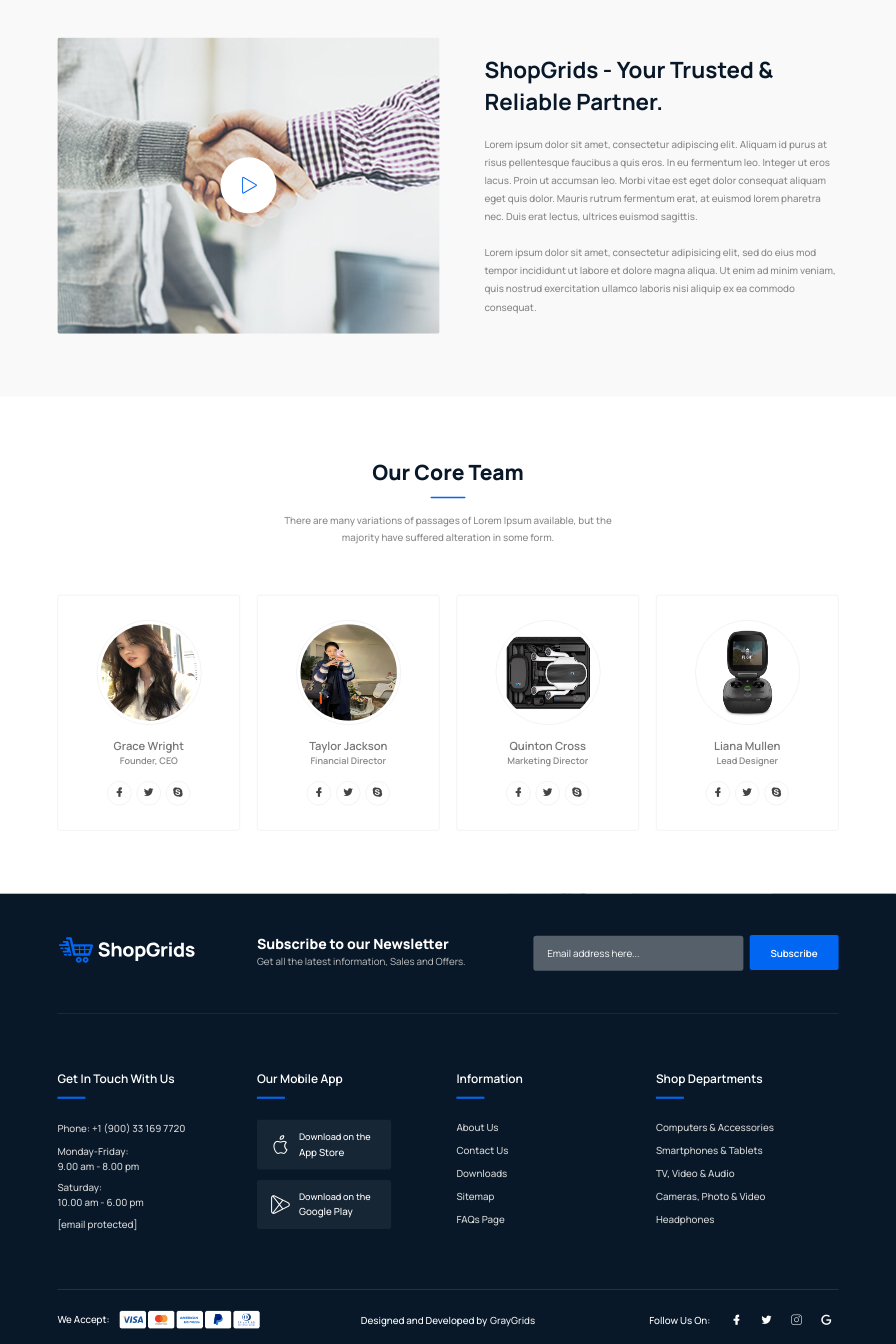
Repository: vothaihoa1998/Login-UI
Page: Desktop/learn js/ShopGrids-free-lite/about-us.html
The author's editor kept a copy of each file at every save. The page is drawn from the files as they stood at one save, then again after the next save.
The browser window is 1280 px wide. The pictures show the part of the page from y = 454 to 2374 px (the page is 2382 px tall), at 70% of full size.
A picture or video elsewhere on the page could not be fetched, so the positions and the page height are approximate.

Above is the page before, as saved 2021-07-04 19:37:28.

### Desktop/learn js/ShopGrids-free-lite/about-us.html
<!DOCTYPE html>
<html class="no-js" lang="zxx">
<head>
<meta charset="utf-8" />
<meta http-equiv="x-ua-compatible" content="ie=edge" />
<title>About Us - ShopGrids Bootstrap 5 eCommerce HTML Template.</title>
<meta name="description" content="" />
<meta name="viewport" content="width=device-width, initial-scale=1" />
<link rel="shortcut icon" type="image/x-icon" href="assets/images/favicon.svg" />

<link rel="stylesheet" href="assets/css/bootstrap.min.css" />
<link rel="stylesheet" href="assets/css/LineIcons.3.0.css" />
<link rel="stylesheet" href="assets/css/tiny-slider.css" />
<link rel="stylesheet" href="assets/css/glightbox.min.css" />
<link rel="stylesheet" href="assets/css/main.css" />
</head>
<body>
<!--[if lte IE 9]>
      <p class="browserupgrade">
        You are using an <strong>outdated</strong> browser. Please
        <a href="https://browsehappy.com/">upgrade your browser</a> to improve
        your experience and security.
      </p>
    <![endif]-->

<div class="preloader">
<div class="preloader-inner">
<div class="preloader-icon">
<span></span>
<span></span>
</div>
</div>
</div>


<header class="header navbar-area">

<div class="topbar">
<div class="container">
<div class="row align-items-center">
<div class="col-lg-4 col-md-4 col-12">
<div class="top-left">
<ul class="menu-top-link">
<li>
<div class="select-position">
<select id="select4">
<option value="0" selected>$ USD</option>
<option value="1">€ EURO</option>
<option value="2">$ CAD</option>
<option value="3">₹ INR</option>
<option value="4">¥ CNY</option>
<option value="5">৳ BDT</option>
</select>
</div>
</li>
<li>
<div class="select-position">
<select id="select5">
<option value="0" selected>English</option>
<option value="1">Español</option>
<option value="2">Filipino</option>
<option value="3">Français</option>
<option value="4">العربية</option>
<option value="5">हिन्दी</option>
<option value="6">বাংলা</option>
</select>
</div>
</li>
</ul>
</div>
</div>
<div class="col-lg-4 col-md-4 col-12">
<div class="top-middle">
<ul class="useful-links">
<li><a href="index.html">Home</a></li>
<li><a href="about-us.html">About Us</a></li>
<li><a href="contact.html">Contact Us</a></li>
</ul>
</div>
</div>
<div class="col-lg-4 col-md-4 col-12">
<div class="top-end">
 <div class="user">
<i class="lni lni-user"></i>
Hello
</div>
<ul class="user-login">
<li>
<a href="login.html">Sign In</a>
</li>
<li>
<a href="register.html">Register</a>
</li>
</ul>
</div>
</div>
</div>
</div>
</div>


<div class="header-middle">
<div class="container">
<div class="row align-items-center">
<div class="col-lg-3 col-md-3 col-7">

<a class="navbar-brand" href="index.html">
<img src="assets/images/logo/logo.svg" alt="Logo">
</a>

</div>
<div class="col-lg-5 col-md-7 d-xs-none">

<div class="main-menu-search">

<div class="navbar-search search-style-5">
<div class="search-select">
<div class="select-position">
<select id="select1">
<option selected>All</option>
<option value="1">option 01</option>
<option value="2">option 02</option>
<option value="3">option 03</option>
<option value="4">option 04</option>
<option value="5">option 05</option>
</select>
</div>
</div>
<div class="search-input">
<input type="text" placeholder="Search">
</div>
<div class="search-btn">
<button><i class="lni lni-search-alt"></i></button>
</div>
</div>

</div>

</div>
<div class="col-lg-4 col-md-2 col-5">
<div class="middle-right-area">
<div class="nav-hotline">
<i class="lni lni-phone"></i>
<h3>Hotline:
<span>(+100) 123 456 7890</span>
</h3>
</div>
<div class="navbar-cart">
<div class="wishlist">
<a href="javascript:void(0)">
<i class="lni lni-heart"></i>
<span class="total-items">0</span>
</a>
</div>
<div class="cart-items">
<a href="javascript:void(0)" class="main-btn">
<i class="lni lni-cart"></i>
<span class="total-items">2</span>
</a>

 <div class="shopping-item">
<div class="dropdown-cart-header">
<span>2 Items</span>
<a href="cart.html">View Cart</a>
</div>
<ul class="shopping-list">
<li>
<a href="javascript:void(0)" class="remove" title="Remove this item"><i class="lni lni-close"></i></a>
<div class="cart-img-head">
<a class="cart-img" href="product-details.html"><img src="assets/images/header/cart-items/item1.jpg" alt="#"></a>
</div>
<div class="content">
<h4><a href="product-details.html">
Apple Watch Series 6</a></h4>
<p class="quantity">1x - <span class="amount">$99.00</span></p>
</div>
</li>
<li>
<a href="javascript:void(0)" class="remove" title="Remove this item"><i class="lni lni-close"></i></a>
<div class="cart-img-head">
<a class="cart-img" href="product-details.html"><img src="assets/images/header/cart-items/item2.jpg" alt="#"></a>
</div>
<div class="content">
<h4><a href="product-details.html">Wi-Fi Smart Camera</a></h4>
<p class="quantity">1x - <span class="amount">$35.00</span></p>
</div>
</li>
</ul>
<div class="bottom">
<div class="total">
<span>Total</span>
<span class="total-amount">$134.00</span>
</div>
<div class="button">
<a href="checkout.html" class="btn animate">Checkout</a>
</div>
</div>
</div>

</div>
</div>
</div>
</div>
</div>
</div>
</div>


<div class="container">
<div class="row align-items-center">
<div class="col-lg-8 col-md-6 col-12">
<div class="nav-inner">

<div class="mega-category-menu">
<span class="cat-button"><i class="lni lni-menu"></i>All Categories</span>
<ul class="sub-category">
<li><a href="product-grids.html">Electronics <i class="lni lni-chevron-right"></i></a>
 <ul class="inner-sub-category">
<li><a href="product-grids.html">Digital Cameras</a></li>
<li><a href="product-grids.html">Camcorders</a></li>
<li><a href="product-grids.html">Camera Drones</a></li>
<li><a href="product-grids.html">Smart Watches</a></li>
<li><a href="product-grids.html">Headphones</a></li>
<li><a href="product-grids.html">MP3 Players</a></li>
<li><a href="product-grids.html">Microphones</a></li>
<li><a href="product-grids.html">Chargers</a></li>
<li><a href="product-grids.html">Batteries</a></li>
<li><a href="product-grids.html">Cables & Adapters</a></li>
</ul>
</li>
<li><a href="product-grids.html">accessories</a></li>
<li><a href="product-grids.html">Televisions</a></li>
<li><a href="product-grids.html">best selling</a></li>
<li><a href="product-grids.html">top 100 offer</a></li>
<li><a href="product-grids.html">sunglass</a></li>
<li><a href="product-grids.html">watch</a></li>
<li><a href="product-grids.html">man’s product</a></li>
<li><a href="product-grids.html">Home Audio & Theater</a></li>
<li><a href="product-grids.html">Computers & Tablets </a></li>
<li><a href="product-grids.html">Video Games </a></li>
<li><a href="product-grids.html">Home Appliances </a></li>
</ul>
</div>


<nav class="navbar navbar-expand-lg">
<button class="navbar-toggler mobile-menu-btn" type="button" data-bs-toggle="collapse" data-bs-target="#navbarSupportedContent" aria-controls="navbarSupportedContent" aria-expanded="false" aria-label="Toggle navigation">
<span class="toggler-icon"></span>
<span class="toggler-icon"></span>
<span class="toggler-icon"></span>
</button>
<div class="collapse navbar-collapse sub-menu-bar" id="navbarSupportedContent">
<ul id="nav" class="navbar-nav ms-auto">
<li class="nav-item">
<a href="index.html" aria-label="Toggle navigation">Home</a>
</li>
<li class="nav-item">
<a class="dd-menu active collapsed" href="javascript:void(0)" data-bs-toggle="collapse" data-bs-target="#submenu-1-2" aria-controls="navbarSupportedContent" aria-expanded="false" aria-label="Toggle navigation">Pages</a>
<ul class="sub-menu collapse" id="submenu-1-2">
<li class="nav-item active"><a href="about-us.html">About Us</a></li>
<li class="nav-item"><a href="faq.html">Faq</a></li>
<li class="nav-item"><a href="login.html">Login</a></li>
<li class="nav-item"><a href="register.html">Register</a></li>
<li class="nav-item"><a href="mail-success.html">Mail Success</a></li>
<li class="nav-item"><a href="404.html">404 Error</a></li>
</ul>
</li>
<li class="nav-item">
<a class="dd-menu collapsed" href="javascript:void(0)" data-bs-toggle="collapse" data-bs-target="#submenu-1-3" aria-controls="navbarSupportedContent" aria-expanded="false" aria-label="Toggle navigation">Shop</a>
<ul class="sub-menu collapse" id="submenu-1-3">
<li class="nav-item"><a href="product-grids.html">Shop Grid</a></li>
<li class="nav-item"><a href="product-list.html">Shop List</a></li>
<li class="nav-item"><a href="product-details.html">shop Single</a></li>
<li class="nav-item"><a href="cart.html">Cart</a></li>
<li class="nav-item"><a href="checkout.html">Checkout</a></li>
</ul>
</li>
<li class="nav-item">
<a class="dd-menu collapsed" href="javascript:void(0)" data-bs-toggle="collapse" data-bs-target="#submenu-1-4" aria-controls="navbarSupportedContent" aria-expanded="false" aria-label="Toggle navigation">Blog</a>
<ul class="sub-menu collapse" id="submenu-1-4">
<li class="nav-item"><a href="blog-grid-sidebar.html">Blog Grid Sidebar</a>
</li>
<li class="nav-item"><a href="blog-single.html">Blog Single</a></li>
<li class="nav-item"><a href="blog-single-sidebar.html">Blog Single
Sibebar</a></li>
</ul>
</li>
<li class="nav-item">
<a href="contact.html" aria-label="Toggle navigation">Contact Us</a>
</li>
</ul>
</div>
</nav>

</div>
</div>
<div class="col-lg-4 col-md-6 col-12">

<div class="nav-social">
<h5 class="title">Follow Us:</h5>
<ul>
<li>
<a href="javascript:void(0)"><i class="lni lni-facebook-filled"></i></a>
</li>
<li>
<a href="javascript:void(0)"><i class="lni lni-twitter-original"></i></a>
</li>
<li>
<a href="javascript:void(0)"><i class="lni lni-instagram"></i></a>
</li>
<li>
<a href="javascript:void(0)"><i class="lni lni-skype"></i></a>
</li>
</ul>
</div>

</div>
</div>
</div>

</header>


<div class="breadcrumbs">
<div class="container">
<div class="row align-items-center">
<div class="col-lg-6 col-md-6 col-12">
<div class="breadcrumbs-content">
<h1 class="page-title">About Us</h1>
</div>
</div>
<div class="col-lg-6 col-md-6 col-12">
<ul class="breadcrumb-nav">
<li><a href="index.html"><i class="lni lni-home"></i> Home</a></li>
<li>About Us</li>
</ul>
</div>
</div>
</div>
</div>


<section class="about-us section">
<div class="container">
<div class="row align-items-center">
<div class="col-lg-6 col-md-12 col-12">
<div class="content-left">
<img src="assets/images/about/about-img.jpeg" alt="#">
<a href="https://www.youtube.com/watch?v=r44RKWyfcFw&fbclid=IwAR21beSJORalzmzokxDRcGfkZA1AtRTE__l5N4r09HcGS5Y6vOluyouM9EM" class="glightbox video"><i class="lni lni-play"></i></a>
</div>
</div>
<div class="col-lg-6 col-md-12 col-12">

<div class="content-right">
<h2>ShopGrids - Your Trusted & Reliable Partner.</h2>
<p>Lorem ipsum dolor sit amet, consectetur adipiscing elit. Aliquam id purus at risus
pellentesque faucibus a quis eros. In eu fermentum leo. Integer ut eros lacus. Proin ut
accumsan leo. Morbi vitae est eget dolor consequat aliquam eget quis dolor. Mauris rutrum
fermentum erat, at euismod lorem pharetra nec. Duis erat lectus, ultrices euismod sagittis.
</p>
<p>Lorem ipsum dolor sit amet, consectetur adipisicing elit, sed do eius mod tempor incididunt
ut labore et dolore magna aliqua. Ut enim ad minim veniam, quis nostrud exercitation ullamco
laboris nisi aliquip ex ea commodo consequat.</p>
</div>
</div>
</div>
</div>
</section>


<section class="team section">
<div class="container">
<div class="row">
<div class="col-12">
<div class="section-title">
<h2 class="wow fadeInUp" data-wow-delay=".4s">Our Core Team</h2>
<p class="wow fadeInUp" data-wow-delay=".6s">There are many variations of passages of Lorem
Ipsum available, but the majority have suffered alteration in some form.</p>
</div>
</div>
</div>
<div class="row">
<div class="col-lg-3 col-md-6 col-12">

<div class="single-team">
<div class="image">
<img src="assets/images/team/01.jpeg" alt="#">
</div>
<div class="content">
<div class="info">
<h3>Grace Wright</h3>
<h5>Founder, CEO</h5>
<ul class="social">
<li><a href="javascript:void(0)"><i class="lni lni-facebook-filled"></i></a>
</li>
<li><a href="javascript:void(0)"><i class="lni lni-twitter-original"></i></a>
</li>
<li><a href="javascript:void(0)"><i class="lni lni-skype"></i></a>
 </li>
</ul>
</div>
</div>
</div>

</div>
<div class="col-lg-3 col-md-6 col-12">

<div class="single-team">
<div class="image">
<img src="assets/images/team/02.jpg" alt="#">
</div>
<div class="content">
<div class="info">
<h3>Taylor Jackson</h3>
<h5>Financial Director</h5>
<ul class="social">
<li><a href="javascript:void(0)"><i class="lni lni-facebook-filled"></i></a>
</li>
<li><a href="javascript:void(0)"><i class="lni lni-twitter-original"></i></a>
</li>
<li><a href="javascript:void(0)"><i class="lni lni-skype"></i></a>
</li>
</ul>
</div>
</div>
</div>

</div>
<div class="col-lg-3 col-md-6 col-12">

<div class="single-team">
<div class="image">
<img src="assets/images/team/03.jpg" alt="#">
</div>
<div class="content">
<div class="info">
<h3>Quinton Cross</h3>
<h5>Marketing Director</h5>
<ul class="social">
<li><a href="javascript:void(0)"><i class="lni lni-facebook-filled"></i></a>
</li>
<li><a href="javascript:void(0)"><i class="lni lni-twitter-original"></i></a>
</li>
<li><a href="javascript:void(0)"><i class="lni lni-skype"></i></a>
</li>
</ul>
</div>
</div>
</div>

</div>
<div class="col-lg-3 col-md-6 col-12">

<div class="single-team">
<div class="image">
<img src="assets/images/team/04.jpg" alt="#">
</div>
<div class="content">
<div class="info">
<h3>Liana Mullen</h3>
<h5>Lead Designer</h5>
<ul class="social">
<li><a href="javascript:void(0)"><i class="lni lni-facebook-filled"></i></a>
</li>
<li><a href="javascript:void(0)"><i class="lni lni-twitter-original"></i></a>
</li>
<li><a href="javascript:void(0)"><i class="lni lni-skype"></i></a>
</li>
</ul>
</div>
</div>
</div>

</div>
</div>
</div>
</section>


<footer class="footer">

<div class="footer-top">
<div class="container">
<div class="inner-content">
<div class="row">
<div class="col-lg-3 col-md-4 col-12">
<div class="footer-logo">
<a href="index.html">
<img src="assets/images/logo/white-logo.svg" alt="#">
</a>
</div>
</div>
<div class="col-lg-9 col-md-8 col-12">
<div class="footer-newsletter">
<h4 class="title">
Subscribe to our Newsletter
<span>Get all the latest information, Sales and Offers.</span>
</h4>
<div class="newsletter-form-head">
<form action="#" method="get" target="_blank" class="newsletter-form">
<input name="EMAIL" placeholder="Email address here..." type="email">
<div class="button">
<button class="btn">Subscribe<span class="dir-part"></span></button>
</div>
</form>
</div>
</div>
</div>
</div>
</div>
</div>
</div>


<div class="footer-middle">
<div class="container">
<div class="bottom-inner">
<div class="row">
<div class="col-lg-3 col-md-6 col-12">

<div class="single-footer f-contact">
<h3>Get In Touch With Us</h3>
<p class="phone">Phone: +1 (900) 33 169 7720</p>
<ul>
<li><span>Monday-Friday: </span> 9.00 am - 8.00 pm</li>
<li><span>Saturday: </span> 10.00 am - 6.00 pm</li>
</ul>
<p class="mail">
<a href="/cdn-cgi/l/email-protection#02717772726d707642716a6d7265706b66712c616d6f"><span class="__cf_email__" data-cfemail="11626461617e63655162797e6176637875623f727e7c">[email&#160;protected]</span></a>
</p>
</div>

</div>
<div class="col-lg-3 col-md-6 col-12">

<div class="single-footer our-app">
<h3>Our Mobile App</h3>
<ul class="app-btn">
<li>
<a href="javascript:void(0)">
<i class="lni lni-apple"></i>
<span class="small-title">Download on the</span>
<span class="big-title">App Store</span>
</a>
</li>
<li>
<a href="javascript:void(0)">
<i class="lni lni-play-store"></i>
<span class="small-title">Download on the</span>
<span class="big-title">Google Play</span>
</a>
</li>
</ul>
</div>

</div>
<div class="col-lg-3 col-md-6 col-12">

<div class="single-footer f-link">
<h3>Information</h3>
<ul>
<li><a href="javascript:void(0)">About Us</a></li>
<li><a href="javascript:void(0)">Contact Us</a></li>
<li><a href="javascript:void(0)">Downloads</a></li>
<li><a href="javascript:void(0)">Sitemap</a></li>
<li><a href="javascript:void(0)">FAQs Page</a></li>
</ul>
</div>

</div>
<div class="col-lg-3 col-md-6 col-12">

<div class="single-footer f-link">
<h3>Shop Departments</h3>
<ul>
<li><a href="javascript:void(0)">Computers & Accessories</a></li>
<li><a href="javascript:void(0)">Smartphones & Tablets</a></li>
<li><a href="javascript:void(0)">TV, Video & Audio</a></li>
<li><a href="javascript:void(0)">Cameras, Photo & Video</a></li>
<li><a href="javascript:void(0)">Headphones</a></li>
</ul>
</div>

</div>
</div>
</div>
</div>
</div>


<div class="footer-bottom">
<div class="container">
<div class="inner-content">
<div class="row align-items-center">
<div class="col-lg-4 col-12">
<div class="payment-gateway">
<span>We Accept:</span>
<img src="assets/images/footer/credit-cards-footer.png" alt="#">
</div>
</div>
<div class="col-lg-4 col-12">
<div class="copyright">
<p>Designed and Developed by<a href="https://graygrids.com/" rel="nofollow" target="_blank">GrayGrids</a></p>
</div>
</div>
<div class="col-lg-4 col-12">
<ul class="socila">
<li>
<span>Follow Us On:</span>
</li>
<li><a href="javascript:void(0)"><i class="lni lni-facebook-filled"></i></a></li>
<li><a href="javascript:void(0)"><i class="lni lni-twitter-original"></i></a></li>
<li><a href="javascript:void(0)"><i class="lni lni-instagram"></i></a></li>
<li><a href="javascript:void(0)"><i class="lni lni-google"></i></a></li>
</ul>
</div>
</div>
</div>
</div>
</div>

</footer>


<a href="#" class="scroll-top">
<i class="lni lni-chevron-up"></i>
</a>

<script data-cfasync="false" src="/cdn-cgi/scripts/5c5dd728/cloudflare-static/email-decode.min.js"></script><script src="assets/js/bootstrap.min.js"></script>
<script src="assets/js/tiny-slider.js"></script>
<script src="assets/js/glightbox.min.js"></script>
<script src="assets/js/main.js"></script>
<script type="text/javascript">

        //========= glightbox
        GLightbox({
            'href': 'https://www.youtube.com/watch?v=r44RKWyfcFw&fbclid=IwAR21beSJORalzmzokxDRcGfkZA1AtRTE__l5N4r09HcGS5Y6vOluyouM9EM',
            'type': 'video',
            'source': 'youtube', //vimeo, youtube or local
            'width': 900,
            'autoplayVideos': true,
        });
    </script>
</body>
</html>

### Desktop/learn js/ShopGrids-free-lite/assets/css/tiny-slider.css
.tns-outer{padding:0!important}.tns-outer [hidden]{display:none!important}.tns-outer [aria-controls],.tns-outer [data-action]{cursor:pointer}.tns-slider{-webkit-transition:all 0s;-moz-transition:all 0s;transition:all 0s}.tns-slider>.tns-item{-webkit-box-sizing:border-box;-moz-box-sizing:border-box;box-sizing:border-box}.tns-horizontal.tns-subpixel{white-space:nowrap}.tns-horizontal.tns-subpixel>.tns-item{display:inline-block;vertical-align:top;white-space:normal}.tns-horizontal.tns-no-subpixel:after{content:'';display:table;clear:both}.tns-horizontal.tns-no-subpixel>.tns-item{float:left}.tns-horizontal.tns-carousel.tns-no-subpixel>.tns-item{margin-right:-100%}.tns-no-calc{position:relative;left:0}.tns-gallery{position:relative;left:0;min-height:1px}.tns-gallery>.tns-item{position:absolute;left:-100%;-webkit-transition:transform 0s,opacity 0s;-moz-transition:transform 0s,opacity 0s;transition:transform 0s,opacity 0s}.tns-gallery>.tns-slide-active{position:relative;left:auto!important}.tns-gallery>.tns-moving{-webkit-transition:all .25s;-moz-transition:all .25s;transition:all .25s}.tns-autowidth{display:inline-block}.tns-lazy-img{-webkit-transition:opacity .6s;-moz-transition:opacity .6s;transition:opacity .6s;opacity:.6}.tns-lazy-img.tns-complete{opacity:1}.tns-ah{-webkit-transition:height 0s;-moz-transition:height 0s;transition:height 0s}.tns-ovh{overflow:hidden}.tns-visually-hidden{position:absolute;left:-10000em}.tns-transparent{opacity:0;visibility:hidden}.tns-fadeIn{opacity:1;filter:alpha(opacity=100);z-index:0}.tns-normal,.tns-fadeOut{opacity:0;filter:alpha(opacity=0);z-index:-1}.tns-vpfix{white-space:nowrap}.tns-vpfix>div,.tns-vpfix>li{display:inline-block}.tns-t-subp2{margin:0 auto;width:310px;position:relative;height:10px;overflow:hidden}.tns-t-ct{width:2333.3333333%;width:-webkit-calc(100% * 70/3);width:-moz-calc(100% * 70/3);width:calc(100% * 70/3);position:absolute;right:0}.tns-t-ct:after{content:'';display:table;clear:both}.tns-t-ct>div{width:1.4285714%;width:-webkit-calc(100%/70);width:-moz-calc(100%/70);width:calc(100%/70);height:10px;float:left}

Loaded but not shown: Desktop/learn js/ShopGrids-free-lite/assets/css/bootstrap.min.css (library); Desktop/learn js/ShopGrids-free-lite/assets/css/glightbox.min.css (library); Desktop/learn js/ShopGrids-free-lite/assets/css/main.css (library); Desktop/learn js/ShopGrids-free-lite/assets/js/bootstrap.min.js (library); Desktop/learn js/ShopGrids-free-lite/assets/js/tiny-slider.js (library); Desktop/learn js/ShopGrids-free-lite/assets/js/glightbox.min.js (library); Desktop/learn js/ShopGrids-free-lite/assets/js/main.js (42 lines, source omitted); Desktop/learn js/ShopGrids-free-lite/assets/css/LineIcons.3.0.css (2206 lines, source omitted)

After the next save:
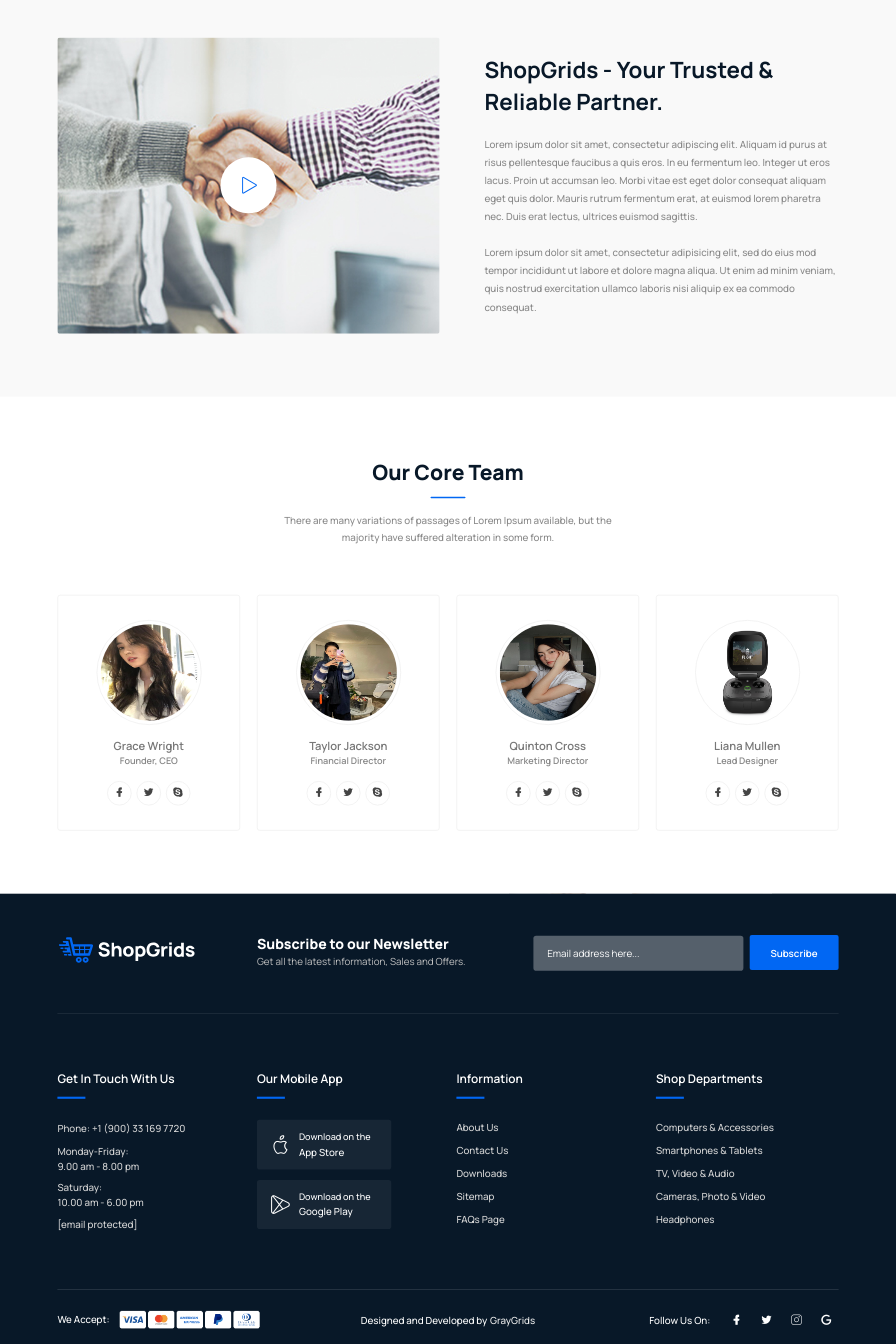
Saved 6 s later.
--- a/Desktop/learn js/ShopGrids-free-lite/about-us.html
+++ b/Desktop/learn js/ShopGrids-free-lite/about-us.html
@@ -430,7 +430,7 @@ Ipsum available, but the majority have suffered alteration in some form.</p>
 
 <div class="single-team">
 <div class="image">
-<img src="assets/images/team/03.jpg" alt="#">
+<img src="assets/images/team/03.jpeg" alt="#">
 </div>
 <div class="content">
 <div class="info">
